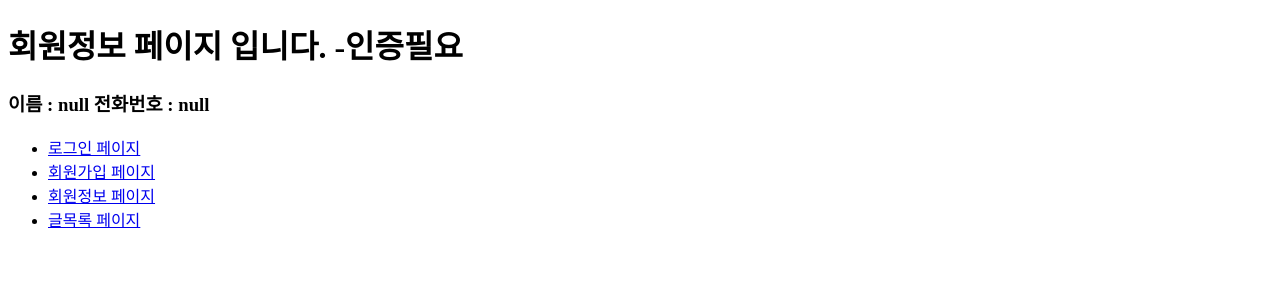
Repository: gouthiki90/web
Page: http://localhost/first1/user/userInfo.jsp
An editor plug-in stored every save of this project. The page is shown before and after the next save, followed by the edit.
The browser window is 1280 px wide. The pictures show the whole page.
The page is served by Tomcat 9. Queries for data that is not in the repository find no rows.

Above is the page before, as saved 2022-02-22 10:19:20.

### first1/src/main/webapp/user/userInfo.jsp
<%@page import="java.sql.ResultSet"%>
<%@page import="java.sql.PreparedStatement"%>
<%@page import="java.util.concurrent.ExecutionException"%>
<%@page import="javax.servlet.jsp.tagext.TryCatchFinally"%>
<%@page import="java.sql.DriverManager"%>
<%@page import="java.sql.Connection"%>
<%@ page language="java" contentType="text/html; charset=UTF-8"
    pageEncoding="UTF-8"%>
<!DOCTYPE html>
<html>
<head>
<meta charset="UTF-8">
<title>Insert title here</title>
</head>
<body>

	<%
	//1. 테이블 생성
	// 2. 쿼리스트링 파싱
		// DB연결, SELECT
		String ID = request.getParameter("ID"); //  문자열 받아서 자바 오브젝트로 파싱, BR로 읽는 모든 정보를 자바 오브젝트로 바꿈
		// http://localhost/user/userInfo.jsp?name=전가은
		// 쿼리스트링을 파싱해주는 메서드
		String name = request.getParameter("name");
		String phone = request.getParameter("phone");
	//3. DB연결 코드
	try{
		Class.forName("org.mariadb.jdbc.Driver");
		Connection connection = DriverManager.getConnection("jdbc:mariadb://localhost:3306/scott", "root", "cos1234");

		//4. SELECT로 Id, name, phone 받기
		String sql = "SELECT ID, name, phone FROM userInfo WHERE ID = ? AND name =? AND phone = ?";
		PreparedStatement pstmt = connection.prepareStatement(sql);

		pstmt.setString(1, ID);
		pstmt.setString(2, name);
		pstmt.setString(3, phone);

		ResultSet rs = pstmt.executeQuery();

/* /* 		while(rs.next()){
			if(name == "jeongaeun" && phone == "01065325288"){
				pstmt.setString(1, "jeongaeun");
				pstmt.setString(2, "01065325288");
			} else if (name == "yeongin" && phone == "0104444"){
				pstmt.setString(1, "yeongin");
				pstmt.setString(2, "0104444");
			} else {
				System.out.println("실패");
			}
		} */


	}catch(Exception e){
		e.printStackTrace();
	}


	//5. 뿌려주기
	%>
<h1>회원정보 페이지 입니다. -인증필요</h1>
<h3>이름 : <%=name %>  전화번호 : <%=phone %></h3>
	<ul>
		<li><a href="/user/login.html">로그인 페이지</a></li>
		<li><a href="/user/join.html">회원가입 페이지</a></li>
		<li><a href="/user/userInfo.jsp">회원정보 페이지</a></li>
		<li><a href="/post/list.html">글목록 페이지</a></li>
	</ul>

</body>
</html>

After the next save:
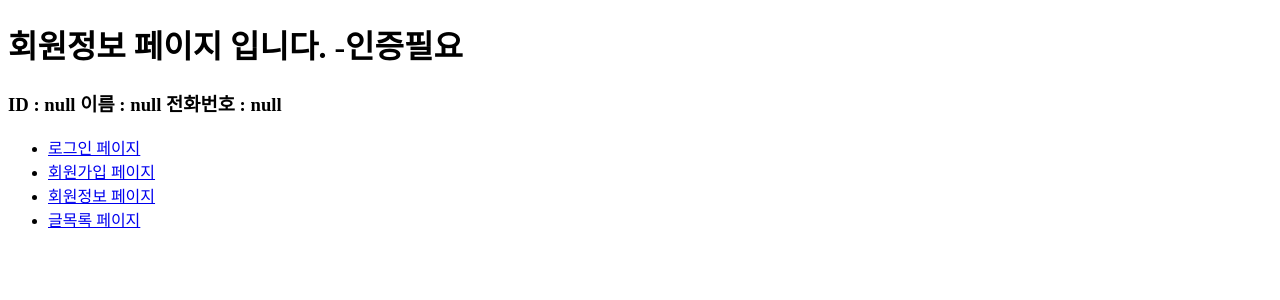
Saved 2 min 55 s later.
--- a/first1/src/main/webapp/user/userInfo.jsp
+++ b/first1/src/main/webapp/user/userInfo.jsp
@@ -59,7 +59,7 @@
 	//5. 뿌려주기
 	%>
 <h1>회원정보 페이지 입니다. -인증필요</h1>
-<h3>이름 : <%=name %>  전화번호 : <%=phone %></h3>
+<h3>ID : <%=ID %> 이름 : <%=name %>  전화번호 : <%=phone %></h3>
 	<ul>
 		<li><a href="/user/login.html">로그인 페이지</a></li>
 		<li><a href="/user/join.html">회원가입 페이지</a></li>
